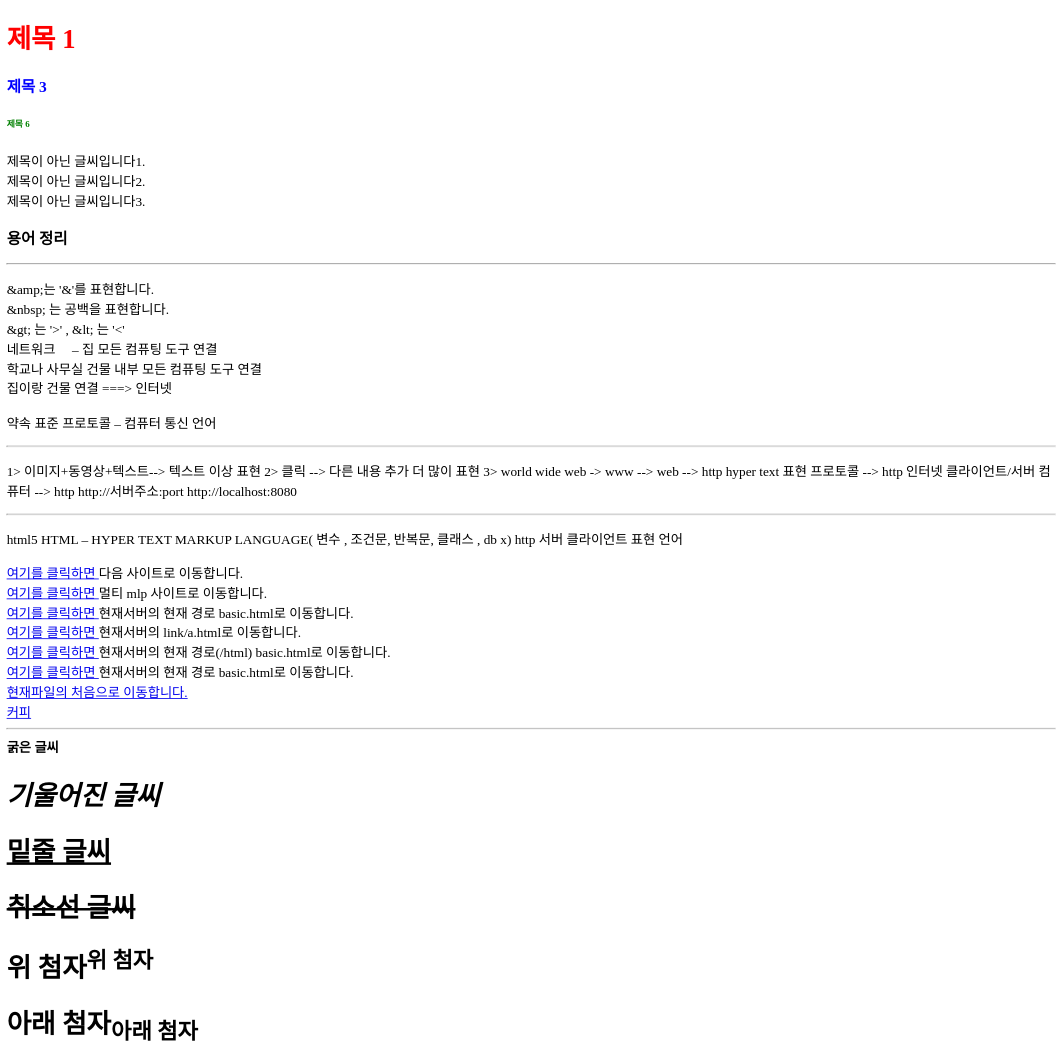
Repository: younseochoi/AI_PLATFORM
Page: my_code/03_web/html/src/main/webapp/test.html
These files come from the project's save history. The page is drawn as it stood at one moment and after the next save; the edit follows.
The browser window is 1280 px wide. The pictures show the whole page, at 83% of full size.

Above is the page before, as saved 2022-07-21 05:52:13.

### my_code/03_web/html/src/main/webapp/test.html
<!DOCTYPE html> <!-- html5 사용할거야! html5 버전 추가 기능 쓸거야 -->
<html>
<head>
<!--안드로이드나 패드브라우저 basic.html 결과   -->
<meta charset="UTF-8">
<title>제목입니다.</title>
</head>
<body>
<!--
1. 주석처리
2. html모든 작성은 대소문자 구분하지 않음
	java(구분) ,sql, html (미구분)
3. <태그(역할)시작> 내용 </태그 종료>
4. style : 속성 이름 / color = red : 속성값 '속성값' "속성값" -> 다 가능

 -->
<h1 style = "color:red" id="first">제목 1</h1>
<h3 style = color:blue>제목 3</h3>
<h6 style = 'color:green'>제목 6</h6>
제목이 아닌 글씨입니다1.<br>
제목이 아닌 글씨입니다2. <br>
제목이 아닌 글씨입니다3.<br>

<!-- html+css 역할, 문법 + javascript 언어  -->
<!-- <script>alert("확인하세요!"); /* 대소문자 구문 */  </script> -->
<h3>용어 정리</h3>
<hr>
<p>
&amp;amp;는 '&'를 표현합니다.<br>
&amp;nbsp; 는 공백을 표현합니다.<br>
&amp;gt; 는 '>'  , &amp;lt; 는 '<' <br>
네트워크 &nbsp;&nbsp;&nbsp; – 집 모든 컴퓨팅 도구 연결 <br>
              학교나 사무실 건물 내부 모든 컴퓨팅 도구 연결<br>
집이랑 건물 연결 ===> 인터넷
<br><br>
약속 표준 프로토콜 – 컴퓨터 통신 언어
</p>
<hr>
<p>
1> 이미지+동영상+텍스트--> 텍스트 이상 표현
2> 클릭 --> 다른 내용 추가 더 많이 표현
3> world wide web -> www --> web --> http
hyper text 표현 프로토콜 --> http
인터넷 클라이언트/서버 컴퓨터 --> http
http://서버주소:port
 http://localhost:8080</p>
 <hr>
<p>html5
HTML – HYPER TEXT MARKUP LANGUAGE( 변수 , 조건문, 반복문, 클래스 , db x)
http  서버 클라이언트 표현 언어</p>
<a href="http://www.daum.net">여기를 클릭하면 </a>다음 사이트로 이동합니다. <br>
<a href="https://lc.multicampus.com/kdt2020s/#/login">여기를 클릭하면 </a> 멀티 mlp 사이트로 이동합니다. <br>
<a href="basic.html">여기를 클릭하면 </a> 현재서버의 현재 경로 basic.html로 이동합니다. <br>
<a href="link/a.html">여기를 클릭하면 </a> 현재서버의 link/a.html로 이동합니다. <br>
<a href="http://localhost:8080/html/basic.html">여기를 클릭하면 </a> 현재서버의 현재 경로(/html) basic.html로 이동합니다. <br>
<a href="/html/basic.html">여기를 클릭하면 </a> 현재서버의 현재 경로 basic.html로 이동합니다. <br>

<a href="#first">현재파일의 처음으로 이동합니다.</a> <br>
<a href="../html/images/americano.jpg">커피</a>
<!--
href ="url"
절대 url --http :(전체 url 설정)
상대 url --기준 파일, 기준 경로 url 설정
		현재파일 기준 -(http://localhost:8080/html/)"b.html"
		현재서버 기준 - (http://localhost:8080)"/html/b.html"

 -->
<hr>
<b>굵은 글씨 </b>
<h1><i>기울어진 글씨</i></h1>
<h1><ins>밑줄 글씨</ins></h1>
<h1><del>취소선 글씨</del></h1>
<h1>위 첨자<sup>위 첨자</sup></h1>
<h1>아래 첨자<sub>아래 첨자</sub></h1>

</body>
</html>

After the next save:
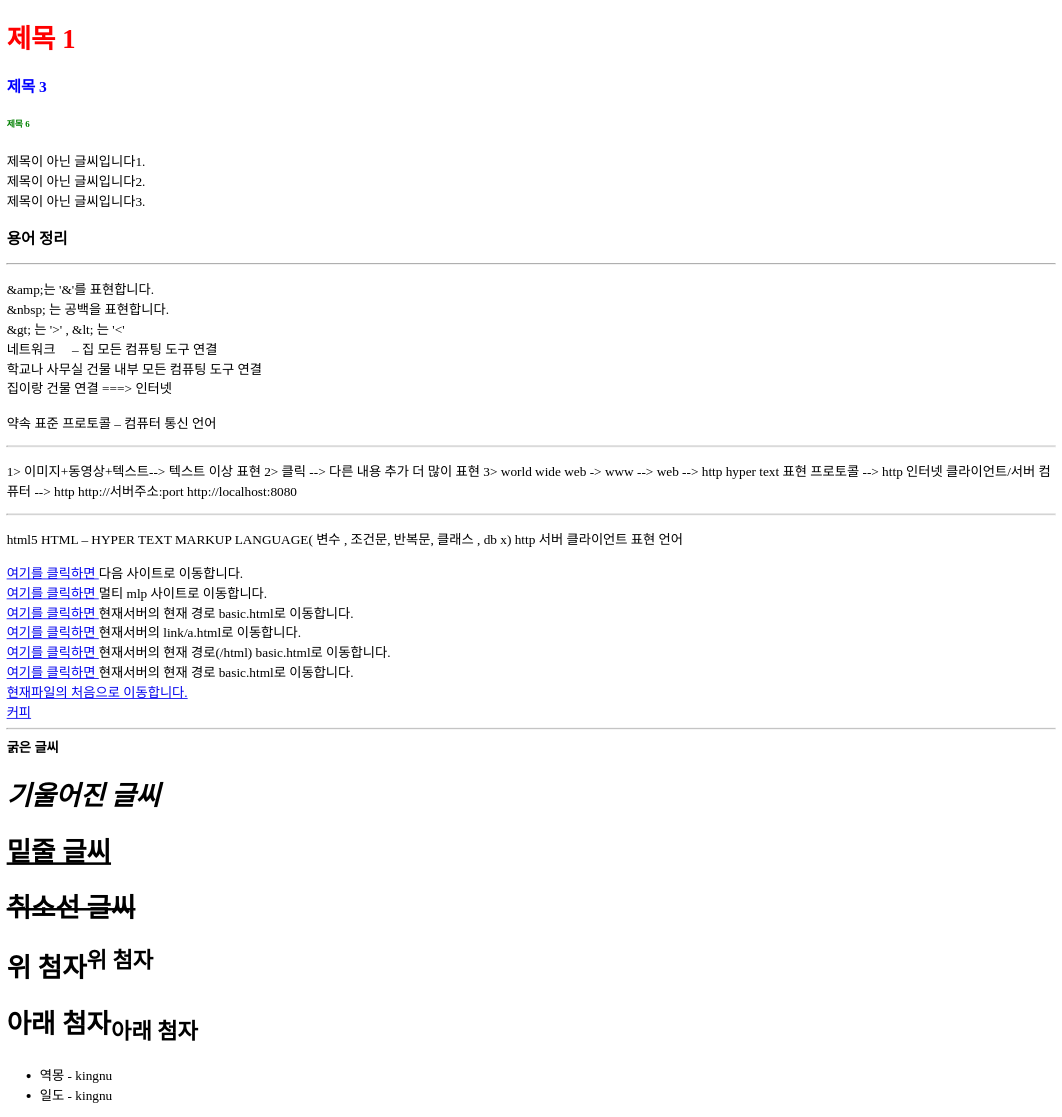
Saved 16 min 54 s later.
--- a/my_code/03_web/html/src/main/webapp/test.html
+++ b/my_code/03_web/html/src/main/webapp/test.html
@@ -73,5 +73,10 @@
 <h1>위 첨자<sup>위 첨자</sup></h1>
 <h1>아래 첨자<sub>아래 첨자</sub></h1>
 
+<ul>
+	<li>역몽 - kingnu</li>
+	<li>일도 - kingnu</li>
+</ul>
+
 </body>
 </html>

After the save that followed:
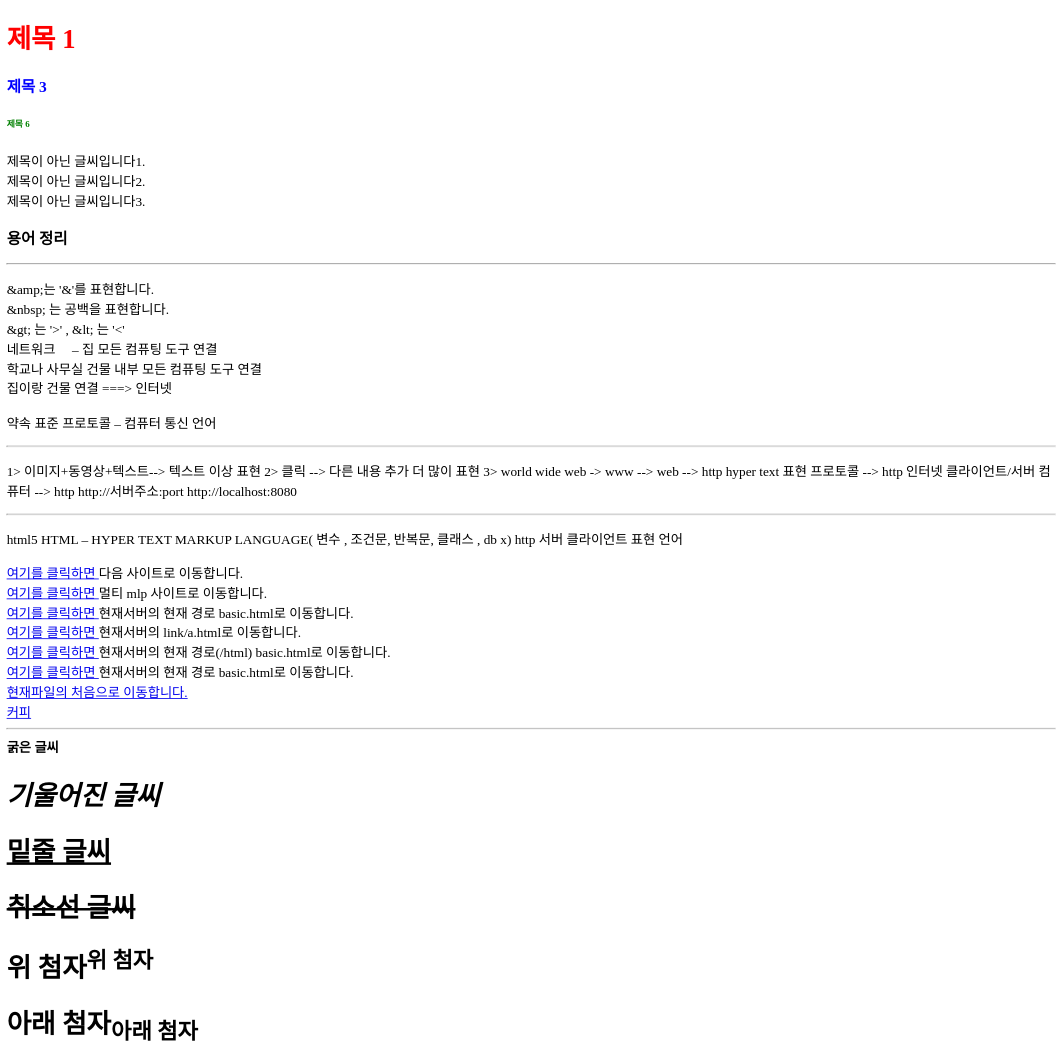
Saved 7 s later.
--- a/my_code/03_web/html/src/main/webapp/test.html
+++ b/my_code/03_web/html/src/main/webapp/test.html
@@ -73,10 +73,7 @@
 <h1>위 첨자<sup>위 첨자</sup></h1>
 <h1>아래 첨자<sub>아래 첨자</sub></h1>
 
-<ul>
-	<li>역몽 - kingnu</li>
-	<li>일도 - kingnu</li>
-</ul>
+
 
 </body>
 </html>
